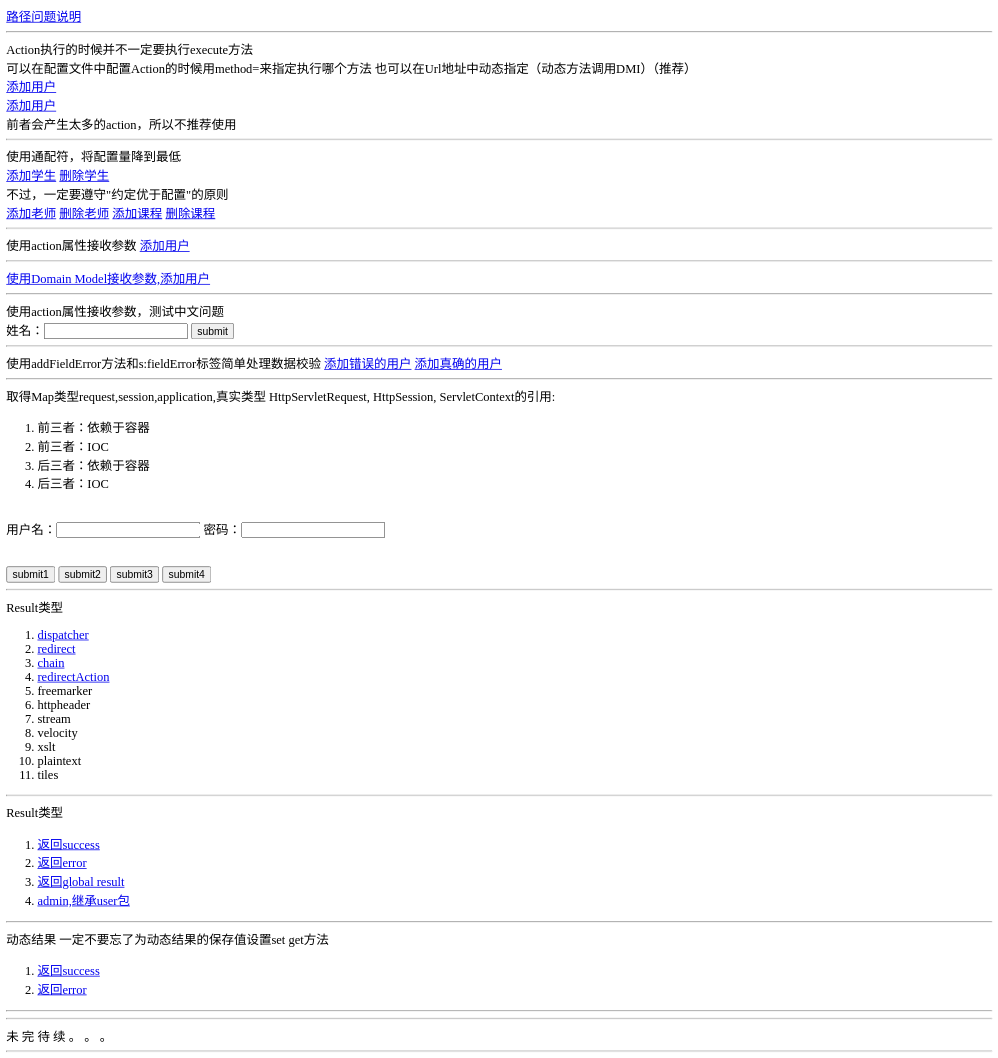
Repository: chellong/StrutsBasic
Page: http://localhost/Struts2.3Sx_1/
An editor plug-in stored every save of this project. The page is shown before and after the next save, followed by the edit.
The browser window is 1280 px wide. The pictures show the whole page, at 78% of full size.
The page is served by Tomcat 9. Nobody is signed in. The application's start-up code is not run.

Above is the page before, as saved 2016-01-23 16:31:07.

After the next save:
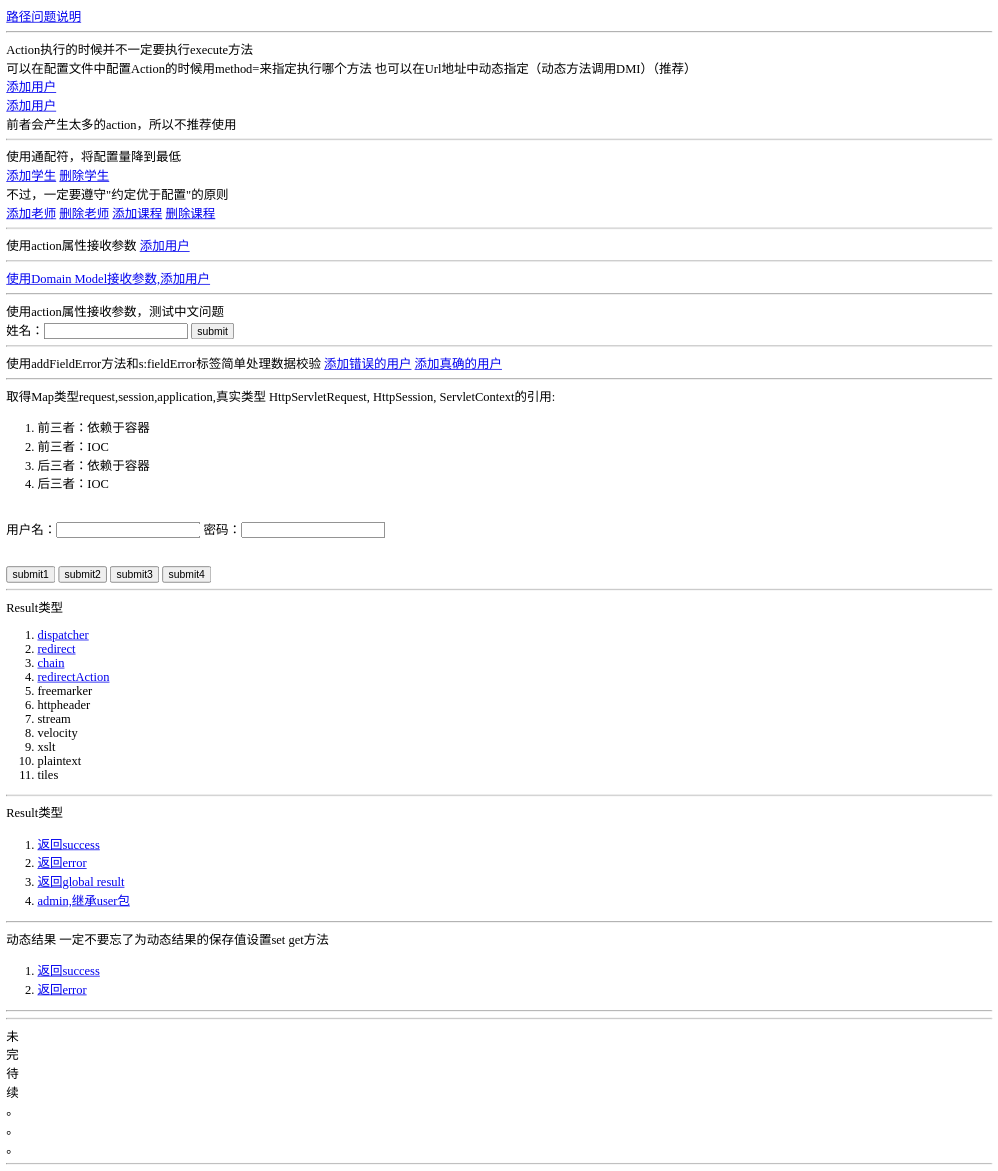
Saved 62 s later.
--- a/Struts2.3Sx_1/WebContent/index.jsp
+++ b/Struts2.3Sx_1/WebContent/index.jsp
@@ -126,13 +126,13 @@
 	<hr style="border: 1 dashed #987cb9" />
 
 	<hr style="border: 1 dashed #987cb9" />
-	未
-	完
-	待
-	续
-	。
-	。
-	。
+	未<br/>
+	完<br/>
+	待<br/>
+	续<br/>
+	。<br/>
+	。<br/>
+	。<br/>
 	<hr style="border: 1 dashed #987cb9" />
 </body>
 </html>
